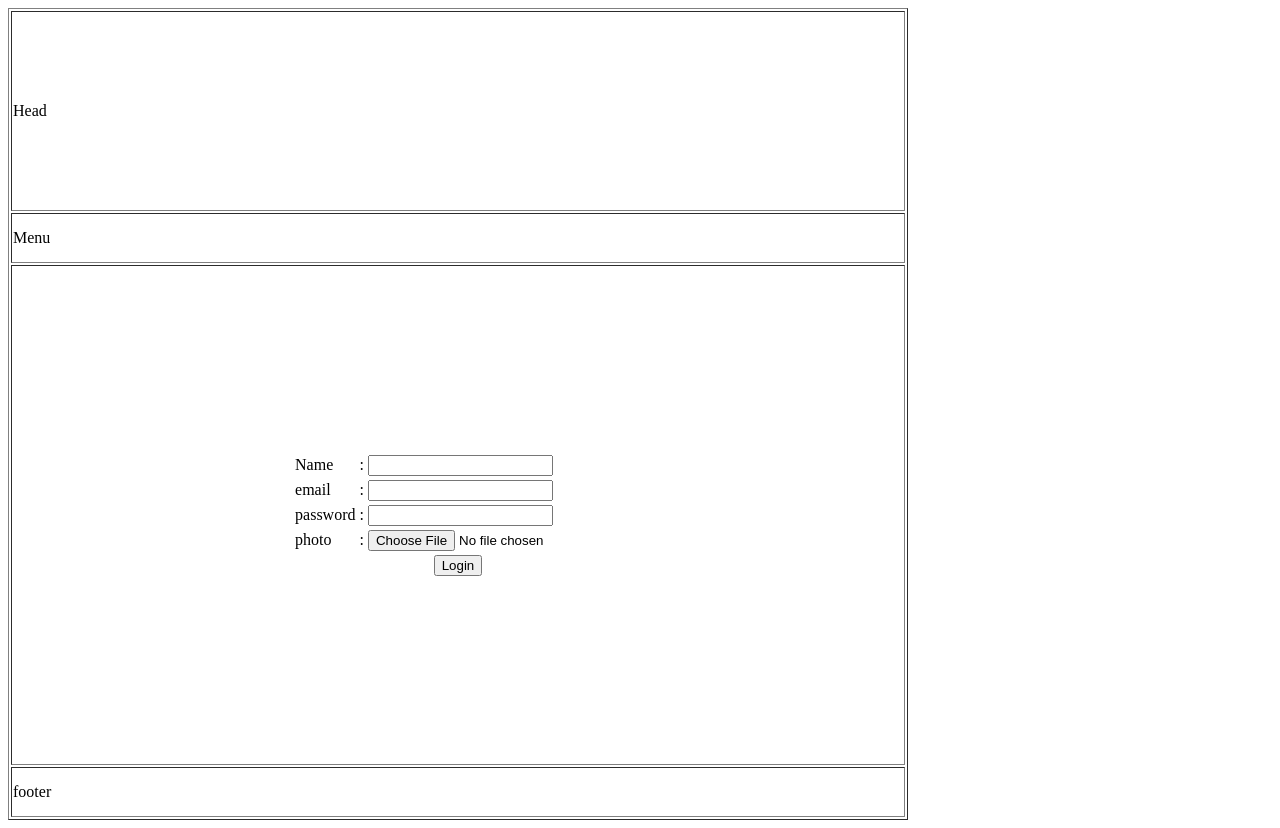
Repository: PraveenRavipati/MyWork
Page: Java/workspaces/office Java WorkScapces/works/sample/WebContent/sample.html
An editor plug-in stored every save of this project. The page is shown before and after the next save, followed by the edit.
The browser window is 1280 px wide. The pictures show the whole page.

Above is the page before, as saved 2014-06-02 11:19:55.

### Java/workspaces/office Java WorkScapces/works/sample/WebContent/sample.html
<!DOCTYPE html PUBLIC "-//W3C//DTD HTML 4.01 Transitional//EN" "http://www.w3.org/TR/html4/loose.dtd">
<html>
<head>
<meta http-equiv="Content-Type" content="text/html; charset=UTF-8">
<title>Insert title here</title>
<body>
	<table border="1" width="900">
		<tr height="200">
			<td>Head</td>
		</tr>
		<tr height="50">
			<td>Menu</td>
		</tr>
		<tr height="500">
			<td align="center">
				<form>
					<table>
                        <tr>
                            <td>Name</td>
                            <td>:</td>
                            <td><input type="text" name="name"></td>
                        </tr>
                        <tr>
                            <td>email</td>
                            <td>:</td>
                            <td><input type="text" name="email"></td>
                        </tr>
                        <tr>
                            <td>password</td>
                            <td>:</td>
                            <td><input type="password" name="pwd"></td>
                        </tr>
                        <tr>
                            <td>photo</td>
                            <td>:</td>
                            <td><input type="file" name="profile"></td>
                        </tr>
                        <tr>
                            <td colspan="3" align="center"><input type="submit" value="Login"></td>
                        </tr>
					</table>
				</form>
			</td>
		</tr>
		<tr height="50">
			<td>footer</td>
		</tr>
	</table>
</body>
</html>

After the next save:
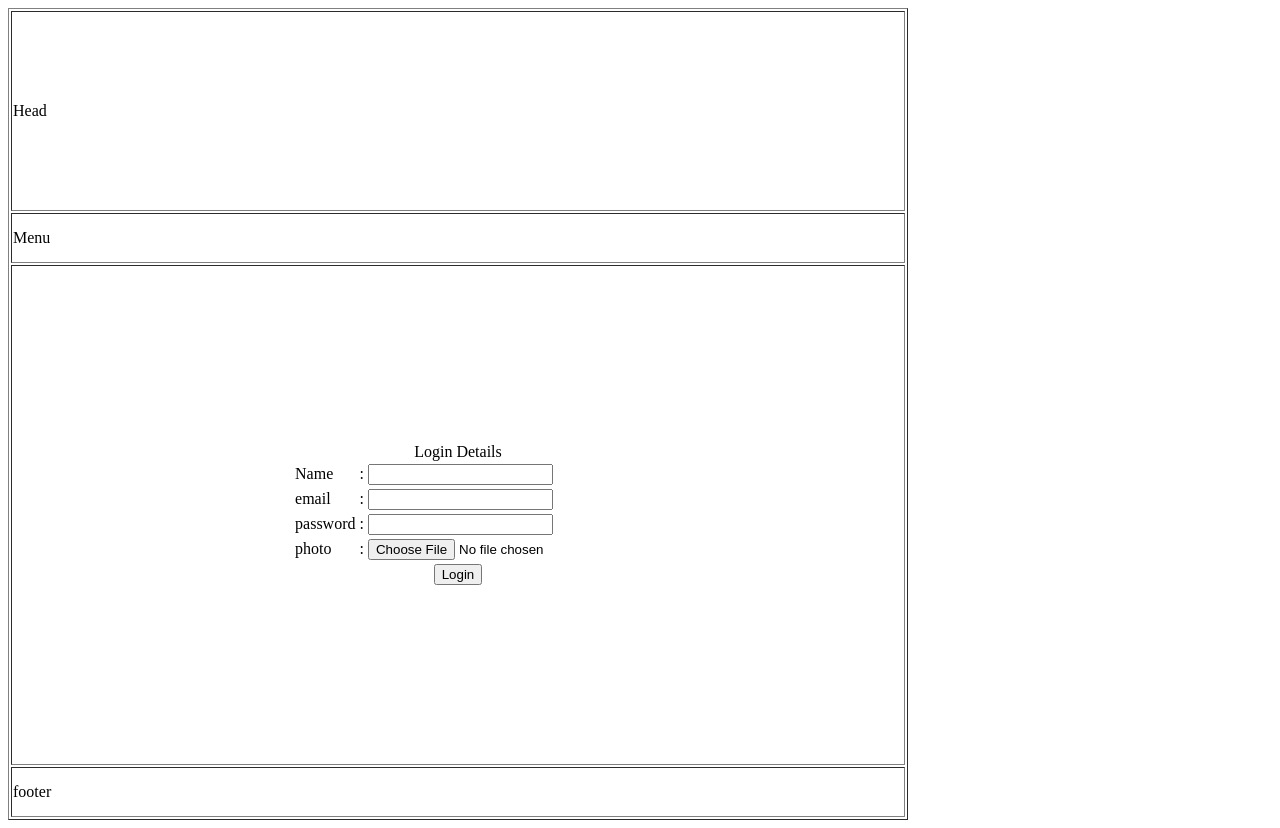
Saved 33 s later.
--- a/Java/workspaces/office Java WorkScapces/works/sample/WebContent/sample.html
+++ b/Java/workspaces/office Java WorkScapces/works/sample/WebContent/sample.html
@@ -15,6 +15,7 @@
 			<td align="center">
 				<form>
 					<table>
+					<caption>Login Details</caption>
                         <tr>
                             <td>Name</td>
                             <td>:</td>
